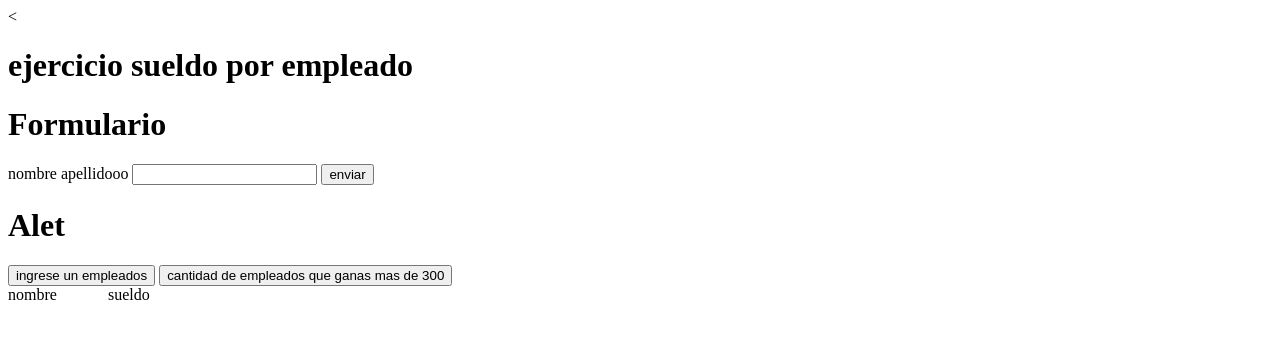
Repository: wolfmarcos/Ej-FormSesionEmpleados
Page: sueldoempleado.html
An editor plug-in stored every save of this project. The page is shown before and after the next save, followed by the edit.
The browser window is 1280 px wide. The pictures show the whole page.

Above is the page before, as saved 2022-07-26 13:35:39.

After the next save:
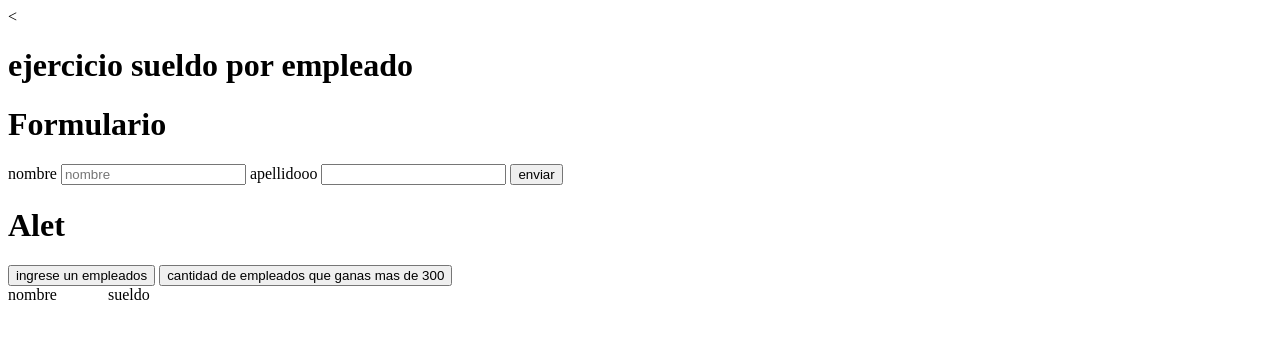
Saved 4 s later.
--- a/sueldoempleado.html
+++ b/sueldoempleado.html
@@ -16,7 +16,7 @@
     <h1>Formulario</h1>
     <form action="./ej1.js" name="form" method="post">
         <leibel>nombre</leibel>
-        <imput type="text" maxlengt="30" placeholder="nombre"></imput>
+        <input type="text" maxlengt="30" placeholder="nombre"></imput>
         <leibel>apellidooo</leibel>
         <input type="text"/>
 
